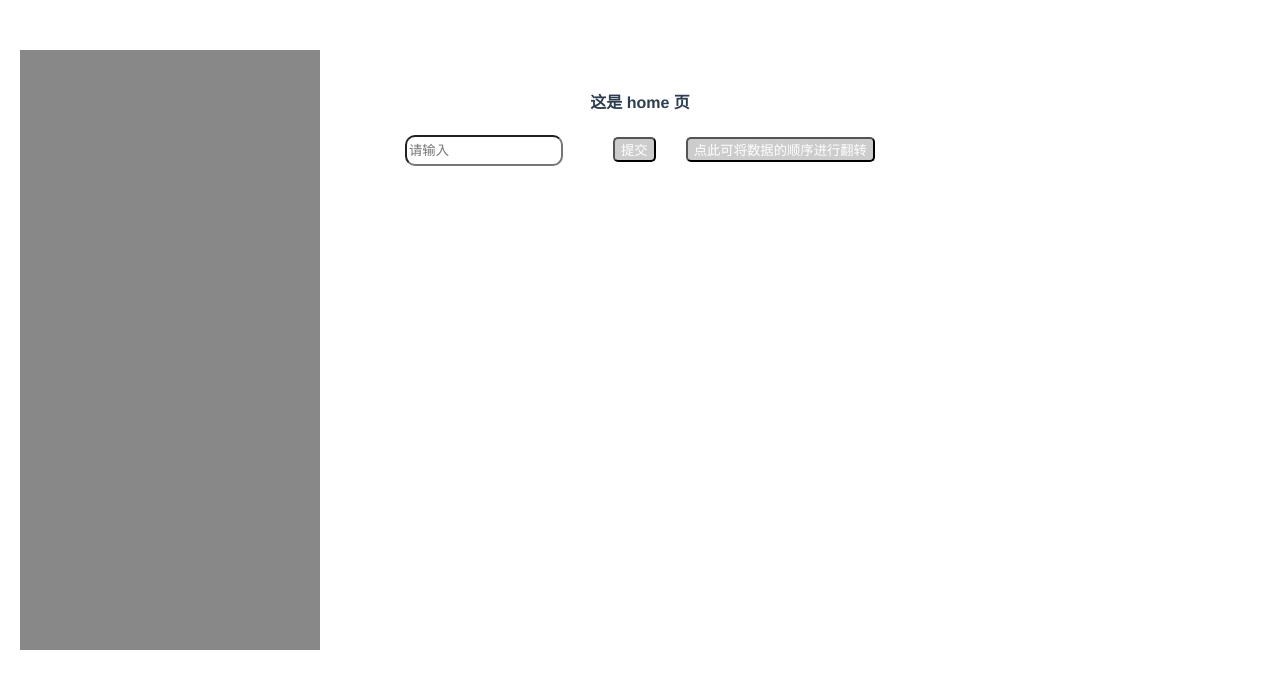
Repository: z-xy-git/demofirst
Page: /
These files come from the project's save history. The page is drawn as it stood at one moment and after the next save; the edit follows.
The browser window is 1280 px wide. The pictures show the whole page.
The project was rebuilt for these pictures with package versions that can differ from the ones it lists, and the page was loaded fresh each time.

Above is the page before, as saved 2021-02-25 11:39:54.

### src/App.vue
<template>
  <div id="app">
    <div id="nav">
    </div>
    <router-view/>
  </div>
</template>

<style>
#app {
  font-family: Avenir, Helvetica, Arial, sans-serif;
  -webkit-font-smoothing: antialiased;
  -moz-osx-font-smoothing: grayscale;
  text-align: center;
  color: #2c3e50;
}

#nav {
  padding: 30px;
}

#nav a {
  font-weight: bold;
  color: #2c3e50;
}

#nav a.router-link-exact-active {
  color: #42b983;
}
</style>

### src/views/Home.vue
<template>
  <div class="home">
    <h4>这是 home 页</h4>
    <input type="text" v-model="inputData" placeholder="请输入" class="input-style">
    <button @click="btnclick" class="btn-style">提交</button>
    <button @click="reverseItemData" class="btn-style">点此可将数据的顺序进行翻转</button>
    <div class="show-data">
      <p class="p" v-for="(item) in inputDataArr" :key="item">{{item}}</p>
    </div>
  </div>
</template>

<script>
// @ is an alias to /src

export default {
  name: 'Home',
  components: {
  },
  data(){
    return{
      inputData: '',
      inputDataArr: []
    }
  },
  methods:{
    btnclick() {
      // this.$router.push('/about');
      console.log(this.inputData);
      // this.$el.querySelector('.p').innerHTML = this.inputData;
      this.inputDataArr.push(this.inputData);
    },
    reverseItemData(){
      this.inputDataArr.reverse;
    }
  }
}
</script>
<style>
  .input-style{
    margin-right: 20px;
    outline: none;
    border-radius: 10px;
    width: 150px;
    height: 25px;
  }
  .btn-style{
    margin-left: 30px;
    outline: none;
    border-radius: 5px;
    background-color: #ccc;
    color: #fff;
  }
  .show-data{
    position: absolute;
    left: 20px;
    top: 50px;
    width: 300px;
    height: 600px;
    background-color: #888;
    color: #fff;
  }
</style>

Loaded but not shown: public/index.html (common file); src/main.js (common file); src/router/index.js (common file); src/store/index.js (common file)

After the next save:
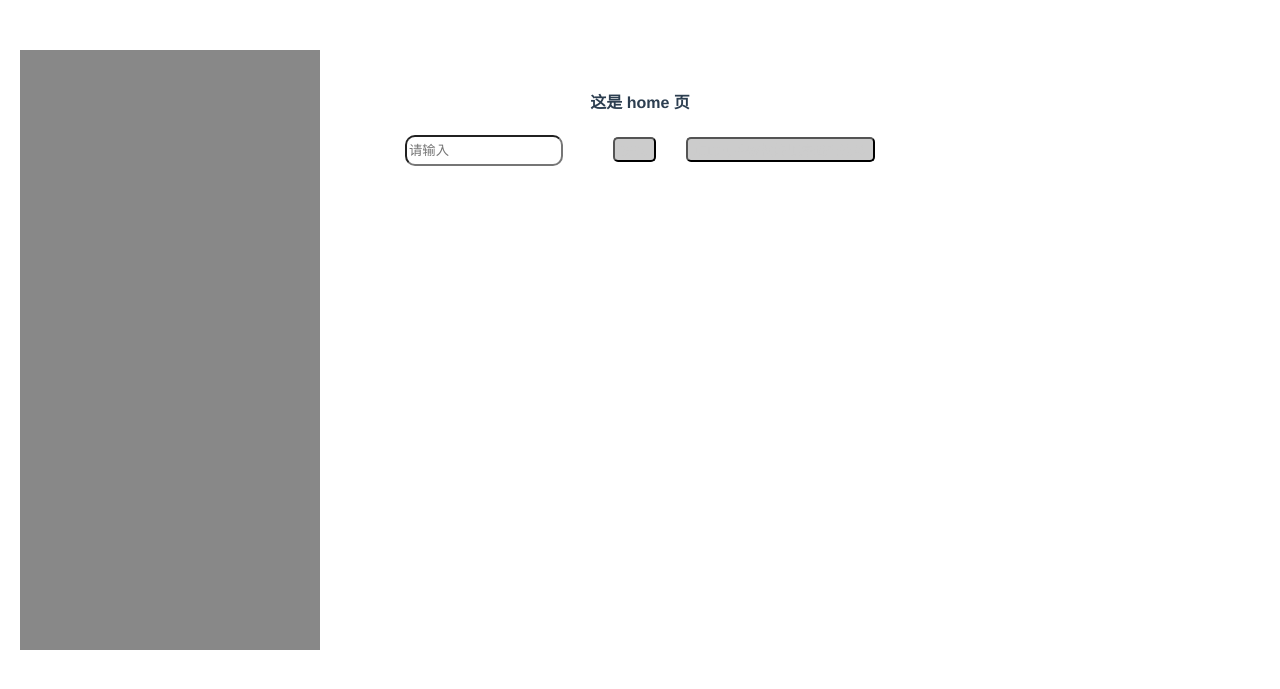
Saved 8 s later.
--- a/src/views/Home.vue
+++ b/src/views/Home.vue
@@ -49,7 +49,7 @@ export default {
     outline: none;
     border-radius: 5px;
     background-color: #ccc;
-    color: #fff;
+    color: #ccc;
   }
   .show-data{
     position: absolute;
